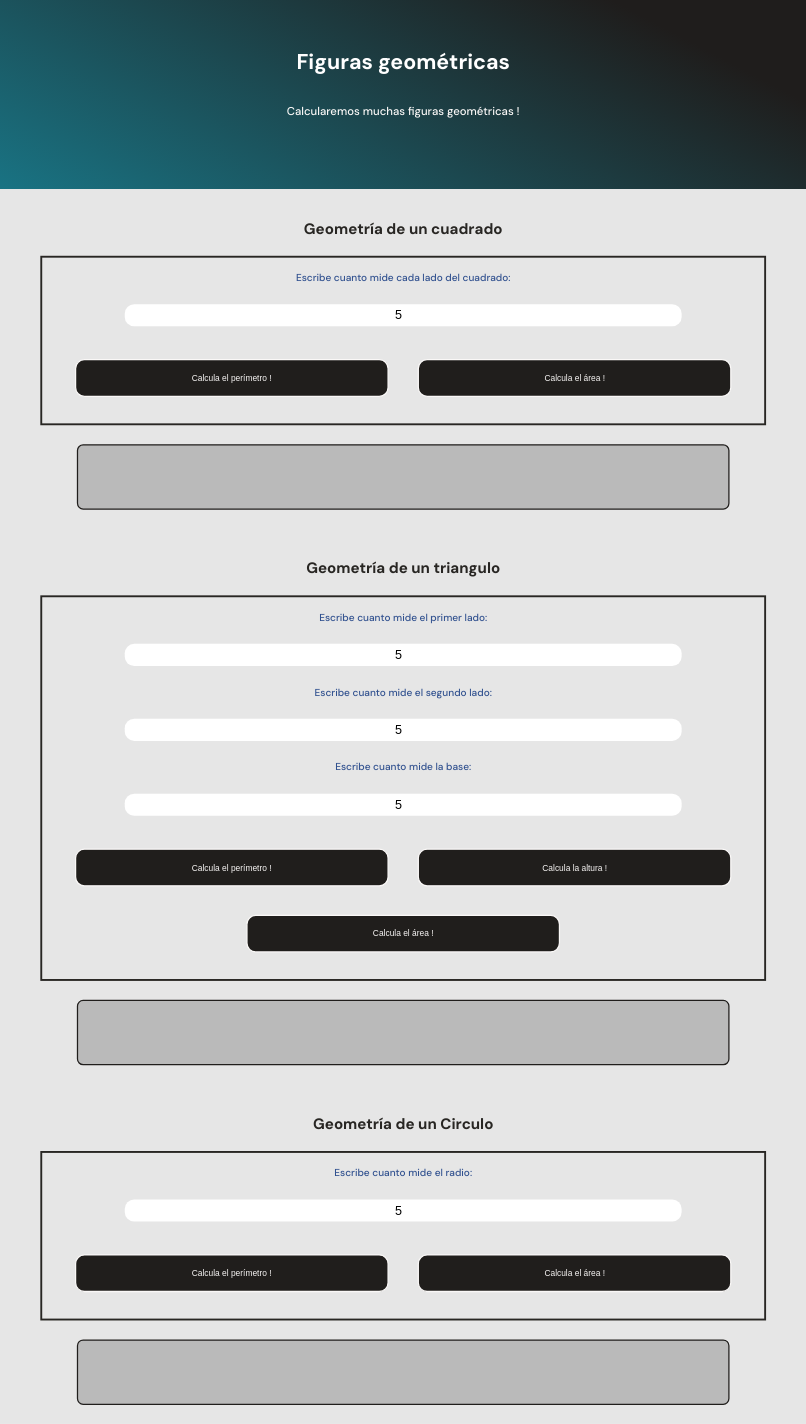
Repository: ChristianGecchelin/javascript-project
Page: javascript-project/figuras-geometricas/figuras.html
An editor plug-in stored every save of this project. The page is shown before and after the next save, followed by the edit.
The browser window is 1280 px wide. The pictures show the whole page, at 63% of full size.
Empty fields were first filled with sample values (such as "Sample", 5 or name@example.com).
After loading, the first visible `button.form--input-boton` was clicked once.

Above is the page before, as saved 2021-12-05 18:55:14.

### javascript-project/figuras-geometricas/figuras.html
<!DOCTYPE html>
<html lang="en">
  <head>
    <meta charset="UTF-8" />
    <meta http-equiv="X-UA-Compatible" content="IE=edge" />
    <meta name="viewport" content="width=device-width, initial-scale=1.0" />
    <title>Figuras geométricas | Proyecto 1</title>
    <link rel="preconnect" href="https://fonts.googleapis.com" />
    <link rel="preconnect" href="https://fonts.gstatic.com" crossorigin />
    <link
      href="https://fonts.googleapis.com/css2?family=DM+Sans:wght@400;500;700&family=Inter:wght@300;500&display=swap"
      rel="stylesheet"
    />
    <link rel="stylesheet" href="./style.css" />
  </head>
  <body>
    <header>
      <div class="header--title-container">
        <h1>Figuras geométricas</h1>
        <p>Calcularemos muchas figuras geométricas !</p>
      </div>
    </header>
    <main>
      <section class="main-calculadora-contenedor">
        <h2 class="main-calculadora-contenedor--title">
          Geometría de un cuadrado
        </h2>
        <div class="main-calculadora-form-contenedor">
          <form action="">
            <label class="form--label-input" for="inputCuadrado"
              >Escribe cuanto mide cada lado del cuadrado:</label
            >
            <input class="form--input" type="number" id="inputCuadrado" />
            <button
              class="form--input-boton"
              type="button"
              onclick="calcularPerimetroCuadrado()"
            >
              Calcula el perímetro !
            </button>
            <button
              class="form--input-boton"
              type="button"
              onclick="calcularAreaCuadrado()"
            >
              Calcula el área !
            </button>
            <!-- type button, para quitarle el submit por defecto y que no me redireccione a ningun lado -->
          </form>
        </div>
        <section class="container-answer">
          <p id="resultFunction"></p>
        </section>
      </section>
      <section class="main-calculadora-contenedor">
        <h2 class="main-calculadora-contenedor--title">
          Geometría de un triangulo
        </h2>
        <div class="main-calculadora-form-contenedor">
          <form action="">
            <label class="form--label-input" for="inputLado1"
              >Escribe cuanto mide el primer lado:</label
            >
            <input class="form--input" type="number" id="inputLado1" />
            <label class="form--label-input" for="inputLado2"
              >Escribe cuanto mide el segundo lado:</label
            >
            <input class="form--input" type="number" id="inputLado2" />
            <label class="form--label-input" for="inputBase"
              >Escribe cuanto mide la base:</label
            >
            <input class="form--input" type="number" id="inputBase" />
            <button
              class="form--input-boton"
              type="button"
              onclick="calcularPerimetroTriangulo()"
            >
              Calcula el perímetro !
            </button>
            <button
              class="form--input-boton"
              type="button"
              onclick="calcularAlturaTriangulo()"
            >
              Calcula la altura !
            </button>
            <button
              class="form--input-boton"
              type="button"
              onclick="calcularAreaTriangulo()"
            >
              Calcula el área !
            </button>
            <!-- type button, para quitarle el submit por defecto y que no me redireccione a ningun lado -->
          </form>
        </div>
        <section class="container-answer">
          <p id="resultFunction"></p>
        </section>
      </section>
      <section class="main-calculadora-contenedor">
        <h2 class="main-calculadora-contenedor--title">
          Geometría de un Circulo
        </h2>
        <div class="main-calculadora-form-contenedor">
          <form action="">
            <label class="form--label-input" for="inputRadio"
              >Escribe cuanto mide el radio:</label
            >
            <input class="form--input" type="number" id="inputRadio" />
            <button
              class="form--input-boton"
              type="button"
              onclick="calcularPerimetroCirculo()"
            >
              Calcula el perímetro !
            </button>
            <button
              class="form--input-boton"
              type="button"
              onclick="calcularAreaCirculo()"
            >
              Calcula el área !
            </button>
            <!-- type button, para quitarle el submit por defecto y que no me redireccione a ningun lado -->
          </form>
        </div>
        <section class="container-answer">
          <p id="resultFunction"></p>
        </section>
      </section>
    </main>
    <script src="./figurasConFunciones.js"></script>
  </body>
</html>

### javascript-project/figuras-geometricas/style.css
:root {
  --Dark-lightblue: #197383;
  --soft-orange: #ffe9d5;
  --secondary-blue: #1a9af7;
  --soft-blue: #e7f5ff;
  --warm-black: #201e1c;
  --black: #282623;
  --grey: #bababa;
  --off-white: #faf8f7;
  --just-white: #fff;
}
* {
  box-sizing: border-box;
  margin: 0;
  padding: 0;
}
html {
  font-size: 62.5%;
  font-family: "DM Sans", sans-serif;
}
header {
  position: relative;
  display: flex;
  flex-direction: column;
  justify-content: center;
  width: 100%;
  min-width: 320px;
  height: 300px;
  text-align: center;
  background: linear-gradient(207.8deg, #1f1d1c 16.69%, #197383 100%);
}
header .header--title-container {
  width: 90%;
  min-width: 288px;
  max-width: 900px;
  height: 200px;
  text-align: center;
  align-self: center;
}
header .header--title-container h1 {
  margin-top: 30px;
  margin-bottom: 50px;
  font-size: 3.4rem;
  font-weight: 700;
  line-height: 3.6rem;
  color: var(--just-white);
}
header .header--title-container p {
  font-size: 1.8rem;
  font-weight: 500;
  line-height: 2.2rem;
  color: var(--off-white);
}
main {
  width: 100%;
  height: auto;
  background-color: rgba(206, 206, 206, 0.5);
  min-width: 320px;
}
.main-calculadora-contenedor {
  width: 90%;
  min-width: 280px;
  height: auto;
  margin: 0 auto;
  padding-top: 50px;
  padding-bottom: 30px;
  text-align: center;
}
.main-calculadora-contenedor--title {
  margin-bottom: 30px;
  font-size: 2.4rem;
  font-weight: 700;
  line-height: 2.6rem;
  color: var(--black);
}
.main-calculadora-form-contenedor {
  display: flex;
  flex-direction: column;
  justify-content: center;
  height: auto;
  border: 3px solid var(--black);
  padding: 20px 20px;
}
.main-calculadora-form-contenedor .form--label-input {
  display: block;
  font-size: 1.6rem;
  font-weight: 500;
  line-height: 2.4rem;
  color: rgba(34, 68, 136, 0.92);
}
.main-calculadora-form-contenedor .form--input {
  display: block;
  width: 80%;
  height: 35px;
  margin: 30px auto;
  border: none;
  border-radius: 15px;
  text-align: center;
  font-size: 2rem;
  font-weight: 500;
}
.main-calculadora-form-contenedor .form--input:focus {
  border: 5px solid var(--Dark-lightblue);
  width: 85%;
  border-radius: 15px;
}
.main-calculadora-form-contenedor .form--input-boton {
  width: 45%;
  height: 60px;
  margin: 2%;
  padding: 5px 10px;
  border: 2px solid var(--off-white);
  border-radius: 15px;
  background-color: var(--warm-black);
  color: var(--off-white);
}
.container-answer {
  width: 90%;
  min-width: 260px;
  height: auto;
  margin: 0 auto;
  margin-top: 30px;
  padding-top: 50px;
  padding-bottom: 50px;
  text-align: center;
  background-color: #bababa;
  border: 2px solid var(--warm-black);
  border-radius: 10px;
}
.container-answer p {
  font-size: 3rem;
  font-weight: 700;
  line-height: 2.4rem;
  color: var(--Dark-lightblue);
}

### javascript-project/figuras-geometricas/figurasConFunciones.js
/* Codigo del cuadrado */
console.group("Cuadrado");
function perimetroCuadrado(lado) {
  return lado * 4;
}
/* console.log(`Perimetro del cuadrado es: ${perimetroCuadrado} cm.`); */
function areaCuadrado(lado) {
  return (
    lado ** 2
  ); /* debe estar escrito de igual manera el parametro que el return */
}

/* console.log(`El area del cuadrado es: ${areaCuadrado} cm^2.`); */
console.groupEnd();

/* Codigo del triangulo */
console.group("Triangulo");

function perimetroTriangulo(lado1, lado2, base) {
  return lado1 + lado2 + base;
}
function calcularAltura(lado1, lado2, lado3) {
  let ladosIguales;
  let ladoBase;
  let altura;

  if (
    lado1 + lado2 <= lado3 ||
    lado1 + lado3 <= lado2 ||
    lado2 + lado3 <= lado1
  ) {
    alert(
      "En un triangulo la base no puede ser mayor a la suma de sus catetos"
    );
  } else {
    switch (true) {
      case lado1 === lado2:
        ladosIguales = lado1;
        ladoBase = lado3;
        break;
      case lado1 === lado3:
        ladosIguales = lado1;
        ladoBase = lado2;
        break;
      case lado3 === lado2:
        ladosIguales = lado2;
        ladoBase = lado1;
        break;
    }
    if (!ladosIguales) {
      alert("Tu triangulo no es isosceles, ingresa la altura");
    } else {
      altura = Math.sqrt(ladosIguales ** 2 - ladoBase ** 2 / 4);
    }
  }
  return ladosIguales, ladoBase, altura;
}
function areaTriangulo(ladoBase, altura) {
  return (
    (ladoBase * altura) / 2
  ); /* tengo que llamar a la funcion altura para pasarle el dato */
}
console.groupEnd();

//Codigo Circulo
console.group("Circulo");
function diametroCirculo(radio) {
  return radio * 2;
}
const pi = Math.PI;
function circunferencia(radio) {
  const diametro = diametroCirculo(radio);
  /* llamo a una funcion dentro de otra y creo una variable que tiene alcance local */
  return diametro * pi;
}
function superficieCirculo(radio) {
  return pi * radio ** 2;
}

console.groupEnd();
/* Creo una funcion, que a traves del id obtengo lo que el usuario ingreso en el input. y con eso le saco el value que le paso
a la funcion que cree antes y es la encargada de hacer el calculo para luego mostrarse en un aler */
function calcularPerimetroCuadrado() {
  const input = document.getElementById("inputCuadrado");
  const value = input.value;
  const perimetro = perimetroCuadrado(value);
  alert(perimetro);
}
function calcularAreaCuadrado() {
  const input = document.getElementById("inputCuadrado");
  const value = input.value;
  const area = areaCuadrado(value);
  alert(area);
}

function calcularPerimetroTriangulo() {
  const inputLado1 = document.getElementById("inputLado1");
  const valueLado1 = Number(inputLado1.value);
  const inputLado2 = document.getElementById("inputLado2");
  const valueLado2 = Number(inputLado2.value);
  const inputBase = document.getElementById("inputBase");
  const valueBase = Number(inputBase.value);
  /* Es importante ponerle number porque por mas que el input tenga type number, este lo transforma como un string */
  const perimetro = perimetroTriangulo(valueLado1, valueLado2, valueBase);
  alert(perimetro);
}

function calcularAlturaTriangulo() {
  const inputLado1 = document.getElementById("inputLado1");
  const valueLado1 = Number(inputLado1.value);
  const inputLado2 = document.getElementById("inputLado2");
  const valueLado2 = Number(inputLado2.value);
  const inputBase = document.getElementById("inputBase");
  const valueBase = Number(inputBase.value);
  const alturaTriangulo = calcularAltura(valueLado1, valueLado2, valueBase);
  alert(alturaTriangulo);
}

function calcularAreaTriangulo() {
  /* const inputAltura = document.getElementById("inputAltura");
  const valueAltura = Number(inputAltura.value);
  const inputBase = document.getElementById("inputBase");
  const valueBase = inputBase.value;
  const area = areaTriangulo(valueAltura, valueBase);
  alert(area); */
  const inputLado1 = document.getElementById("inputLado1");
  const valueLado1 = Number(inputLado1.value);
  const inputLado2 = document.getElementById("inputLado2");
  const valueLado2 = Number(inputLado2.value);
  const inputBase = document.getElementById("inputBase");
  const valueBase = Number(inputBase.value);
  const altura = calcularAltura(valueLado1, valueLado2, valueBase);
  const area = areaTriangulo(valueBase, altura);
  alert(area);
}

function calcularPerimetroCirculo() {
  const inputRadio = document.getElementById("inputRadio");
  const valueRadio = inputRadio.value;
  const perimetro = circunferencia(valueRadio);
  alert(perimetro);
}
function calcularAreaCirculo() {
  const inputRadio = document.getElementById("inputRadio");
  const valueRadio = inputRadio.value;
  const superficie = superficieCirculo(valueRadio);
  const resultFunction = document.getElementById("resultFunction");
  resultFunction.innerText = `El precio con descuento es: ${superficie}`;
}

After the next save:
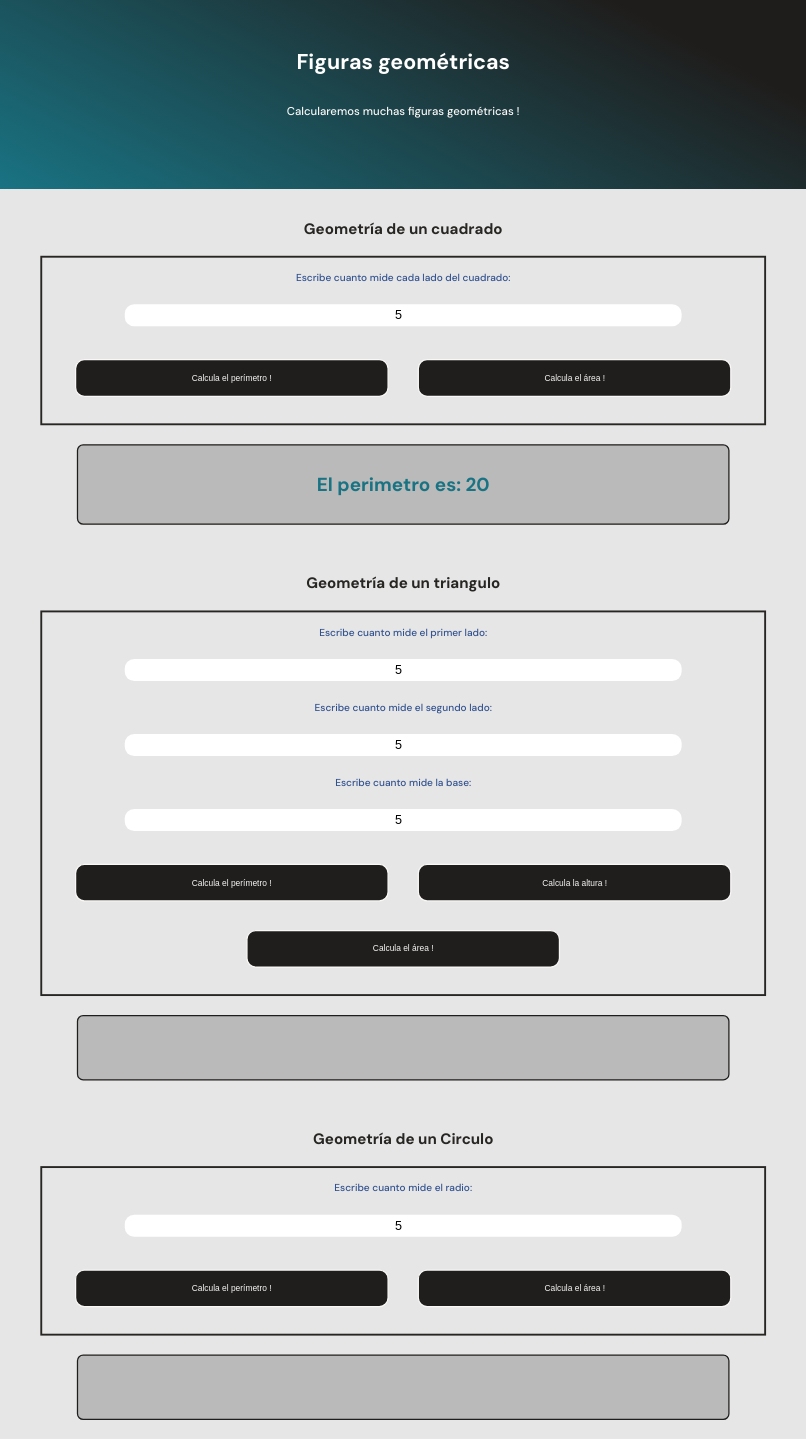
Saved 2 min 15 s later.
--- a/javascript-project/figuras-geometricas/figurasConFunciones.js
+++ b/javascript-project/figuras-geometricas/figurasConFunciones.js
@@ -84,13 +84,15 @@
   const input = document.getElementById("inputCuadrado");
   const value = input.value;
   const perimetro = perimetroCuadrado(value);
-  alert(perimetro);
+  const resultFunction = document.getElementById("resultFunction");
+  resultFunction.innerText = `El perimetro es: ${perimetro}`;
 }
 function calcularAreaCuadrado() {
   const input = document.getElementById("inputCuadrado");
   const value = input.value;
   const area = areaCuadrado(value);
-  alert(area);
+  const resultFunction = document.getElementById("resultFunction");
+  resultFunction.innerText = `El área es: ${area}`;
 }
 
 function calcularPerimetroTriangulo() {
@@ -102,7 +104,8 @@
   const valueBase = Number(inputBase.value);
   /* Es importante ponerle number porque por mas que el input tenga type number, este lo transforma como un string */
   const perimetro = perimetroTriangulo(valueLado1, valueLado2, valueBase);
-  alert(perimetro);
+  const resultFunction = document.getElementById("resultFunction");
+  resultFunction.innerText = `El perímetro es: ${perimetro}`;
 }
 
 function calcularAlturaTriangulo() {
@@ -113,7 +116,8 @@
   const inputBase = document.getElementById("inputBase");
   const valueBase = Number(inputBase.value);
   const alturaTriangulo = calcularAltura(valueLado1, valueLado2, valueBase);
-  alert(alturaTriangulo);
+  const resultFunction = document.getElementById("resultFunction");
+  resultFunction.innerText = `La altura del triangulo es: ${alturaTriangulo}`;
 }
 
 function calcularAreaTriangulo() {
@@ -131,19 +135,21 @@
   const valueBase = Number(inputBase.value);
   const altura = calcularAltura(valueLado1, valueLado2, valueBase);
   const area = areaTriangulo(valueBase, altura);
-  alert(area);
+  const resultFunction = document.getElementById("resultFunction");
+  resultFunction.innerText = `El área es: ${area}`;
 }
 
 function calcularPerimetroCirculo() {
   const inputRadio = document.getElementById("inputRadio");
   const valueRadio = inputRadio.value;
   const perimetro = circunferencia(valueRadio);
-  alert(perimetro);
+  const resultFunction = document.getElementById("resultFunction");
+  resultFunction.innerText = `El perimetro es: ${perimetro}`;
 }
 function calcularAreaCirculo() {
   const inputRadio = document.getElementById("inputRadio");
   const valueRadio = inputRadio.value;
   const superficie = superficieCirculo(valueRadio);
   const resultFunction = document.getElementById("resultFunction");
-  resultFunction.innerText = `El precio con descuento es: ${superficie}`;
+  resultFunction.innerText = `La superficie es: ${superficie}`;
 }

After the save that followed:
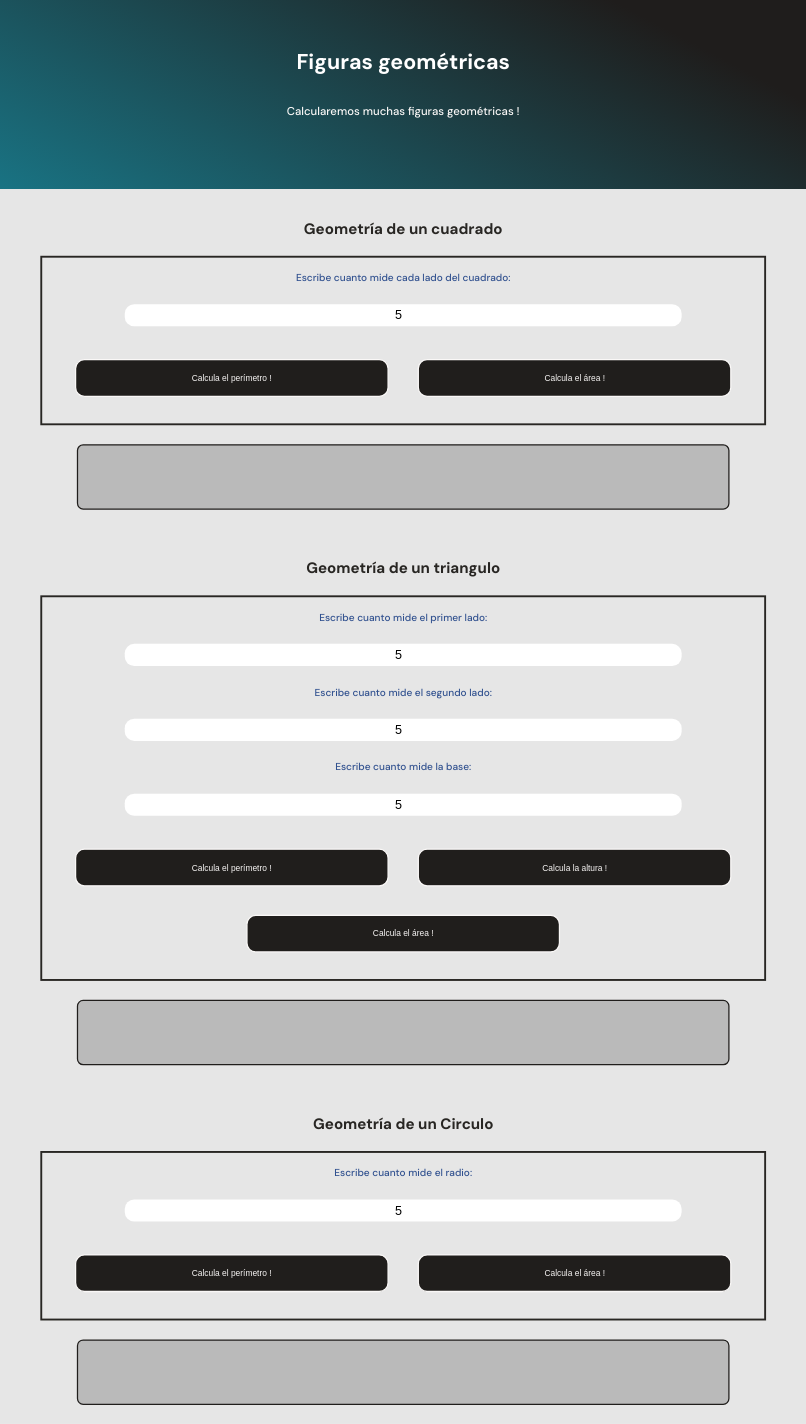
Console error: TypeError: Cannot set properties of null (setting 'innerText')
Saved 3 min 18 s later.
--- a/javascript-project/figuras-geometricas/figurasConFunciones.js
+++ b/javascript-project/figuras-geometricas/figurasConFunciones.js
@@ -84,15 +84,15 @@
   const input = document.getElementById("inputCuadrado");
   const value = input.value;
   const perimetro = perimetroCuadrado(value);
-  const resultFunction = document.getElementById("resultFunction");
-  resultFunction.innerText = `El perimetro es: ${perimetro}`;
+  const resultCuadrado = document.getElementById("resultCuadrado");
+  resultCuadrado.innerText = `El perimetro es: ${perimetro}`;
 }
 function calcularAreaCuadrado() {
   const input = document.getElementById("inputCuadrado");
   const value = input.value;
   const area = areaCuadrado(value);
-  const resultFunction = document.getElementById("resultFunction");
-  resultFunction.innerText = `El área es: ${area}`;
+  const resultCuadrado = document.getElementById("resultCuadrado");
+  resultCuadrado.innerText = `El área es: ${area}`;
 }
 
 function calcularPerimetroTriangulo() {
@@ -104,8 +104,8 @@
   const valueBase = Number(inputBase.value);
   /* Es importante ponerle number porque por mas que el input tenga type number, este lo transforma como un string */
   const perimetro = perimetroTriangulo(valueLado1, valueLado2, valueBase);
-  const resultFunction = document.getElementById("resultFunction");
-  resultFunction.innerText = `El perímetro es: ${perimetro}`;
+  const resultTriangulo = document.getElementById("resultTriangulo");
+  resultTriangulo.innerText = `El perímetro es: ${perimetro}`;
 }
 
 function calcularAlturaTriangulo() {
